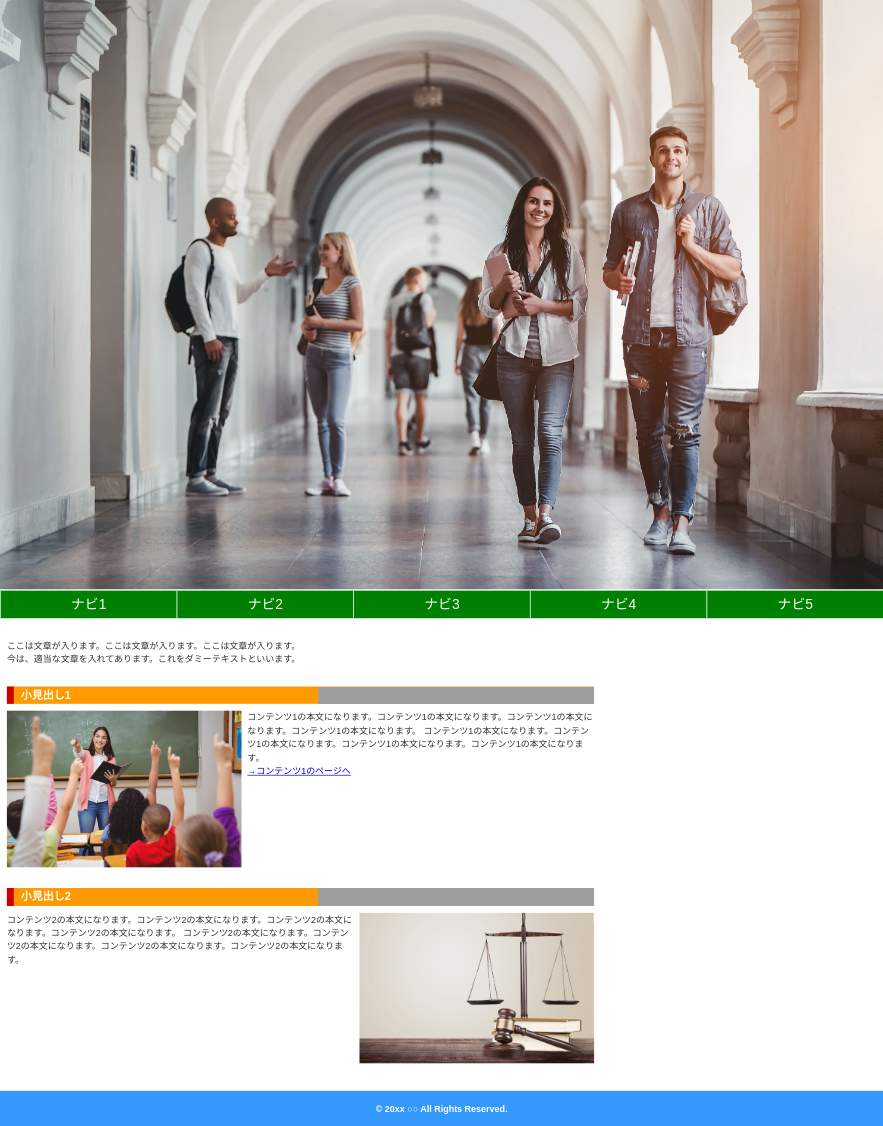
Repository: mizue-water/samurai_HTML-CSS
Page: home.html
The author's editor kept a record of every edit. The page is drawn from the files as they stood at one moment, then again after the next edit.
The browser window is 1280 px wide. The pictures show the whole page, at 69% of full size.
Pictures or frames that could not be fetched are drawn as grey boxes.

Above is the page before.

After the next edit:
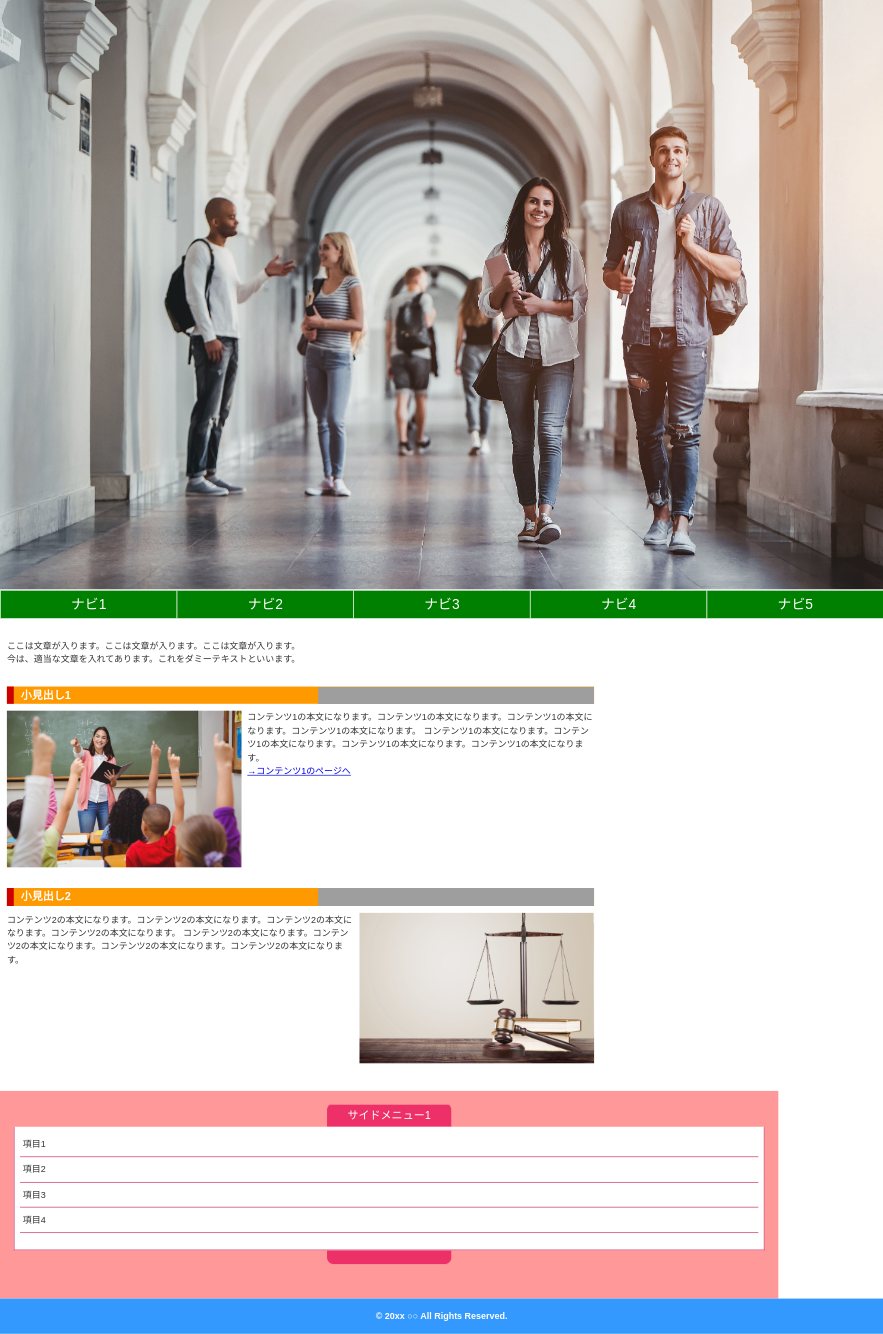
The edit:
--- a/home.html
+++ b/home.html
@@ -52,6 +52,19 @@
                 </div>
             </div>
         </div>
+        <div id="side">
+            <div class="box">
+                <h2>サイドメニュー1</h2>
+                <div class="boxBody">
+                    <ul>
+                        <li>項目1</li>
+                        <li>項目2</li>
+                        <li>項目3</li>
+                        <li>項目4</li>
+                    </ul>
+                </div>
+            </div>
+        </div>
         <div id="footer">
             <p>&copy; 20xx ○○ All Rights Reserved.</p>
         </div>
